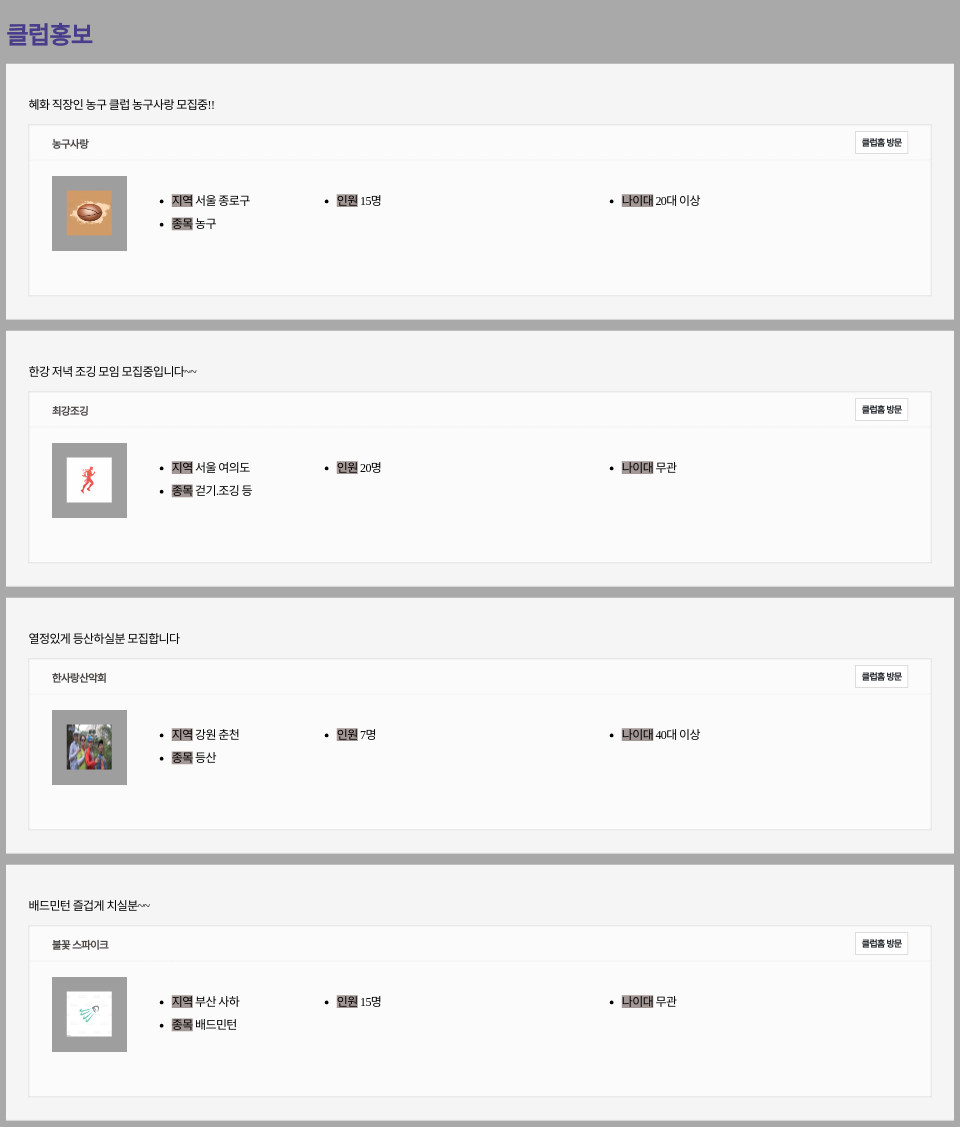
Repository: jaemin333/study
Page: club.html
The author's editor kept a copy of each file at every save. The page is drawn from the files as they stood at one save, then again after the next save.
The browser window is 1280 px wide. The pictures show the whole page, at 75% of full size.
Pictures or frames that could not be fetched are drawn as grey boxes.

Above is the page before, as saved 2021-07-02 22:22:42.

After the next save:
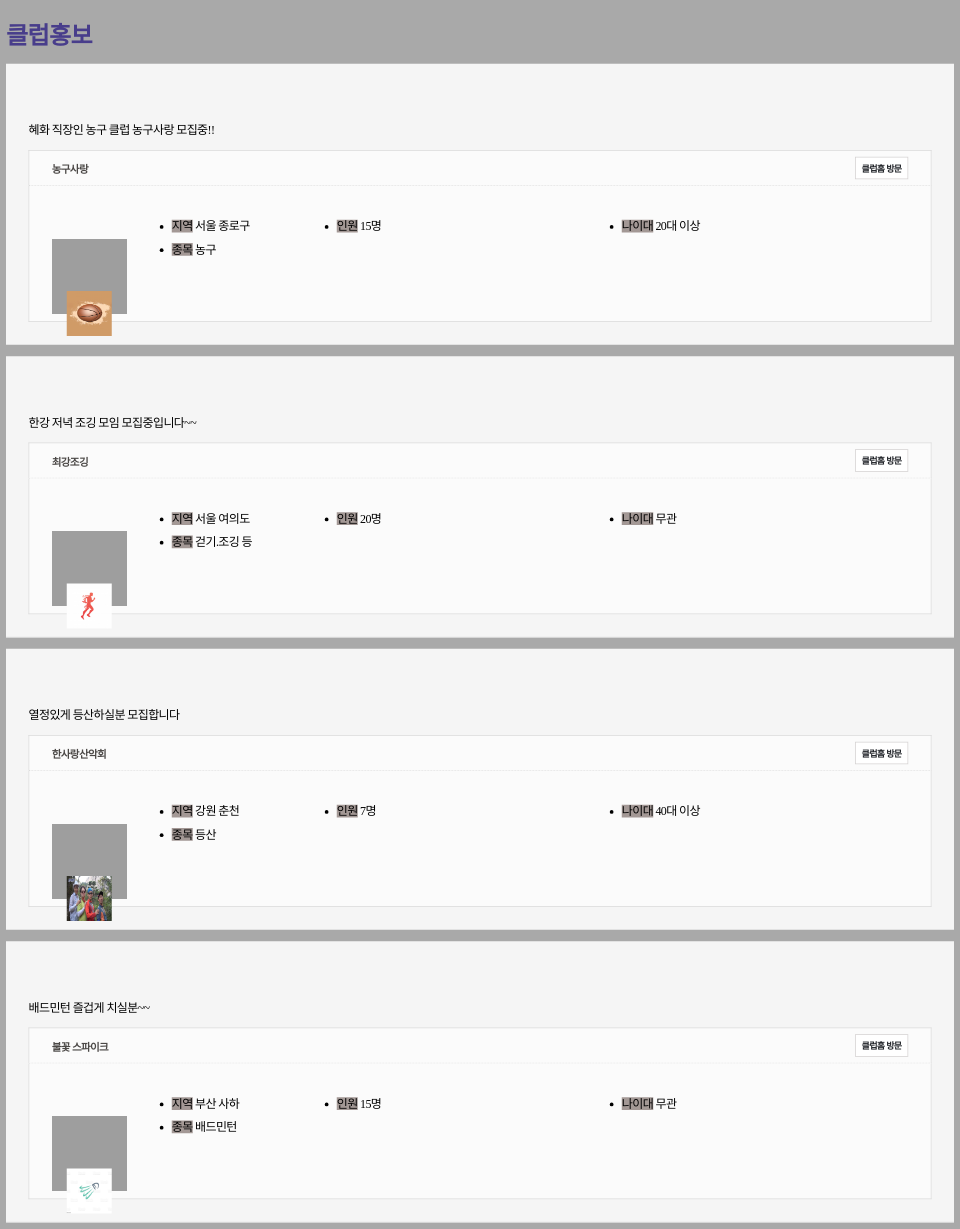
Saved 20 s later.
--- a/style.css
+++ b/style.css
@@ -131,6 +131,10 @@
     margin-top: 15px;
 }
 
+.cbBg :first-child{
+    margin-top:50px;
+}
+
 .sentence {
     vertical-align: -4px;
 }

After the save that followed:
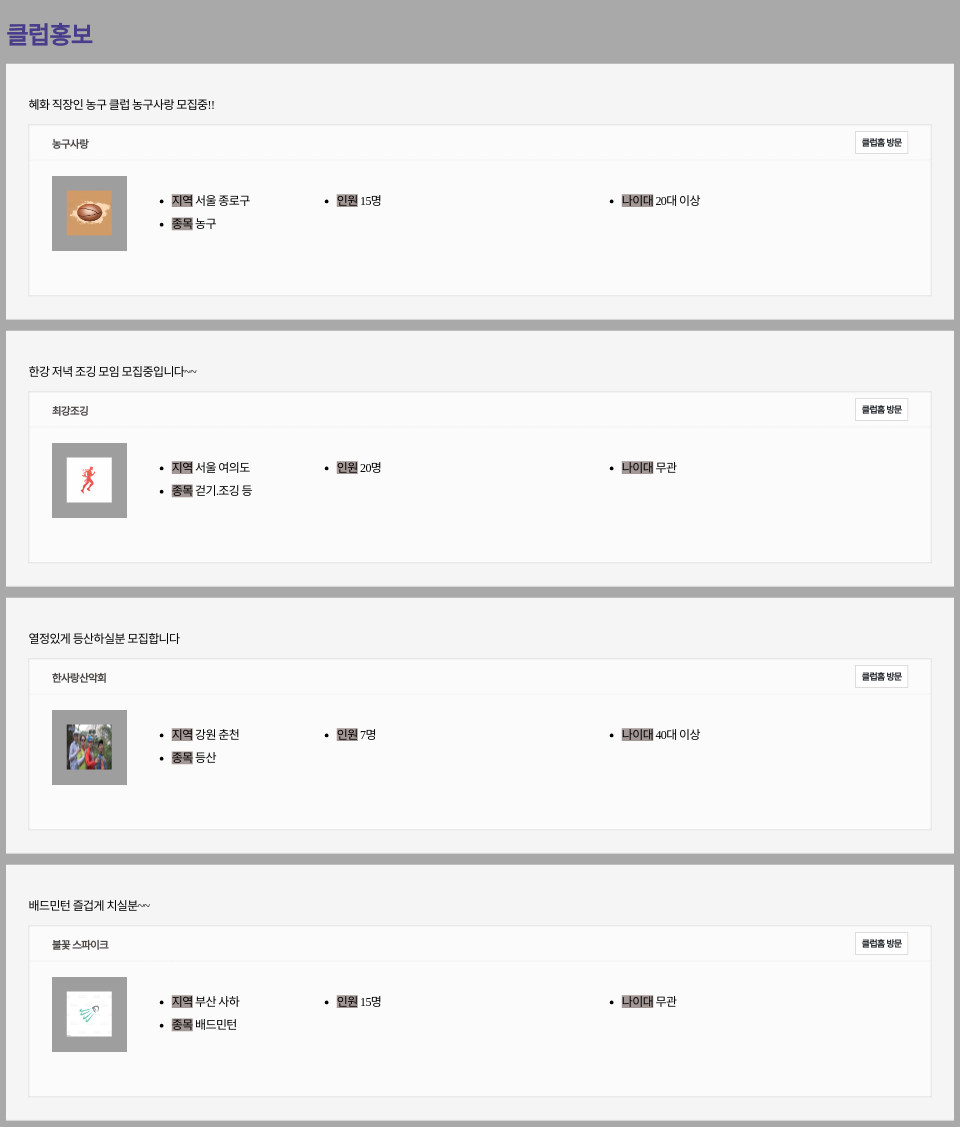
Saved 11 s later.
--- a/style.css
+++ b/style.css
@@ -131,9 +131,6 @@
     margin-top: 15px;
 }
 
-.cbBg :first-child{
-    margin-top:50px;
-}
 
 .sentence {
     vertical-align: -4px;
